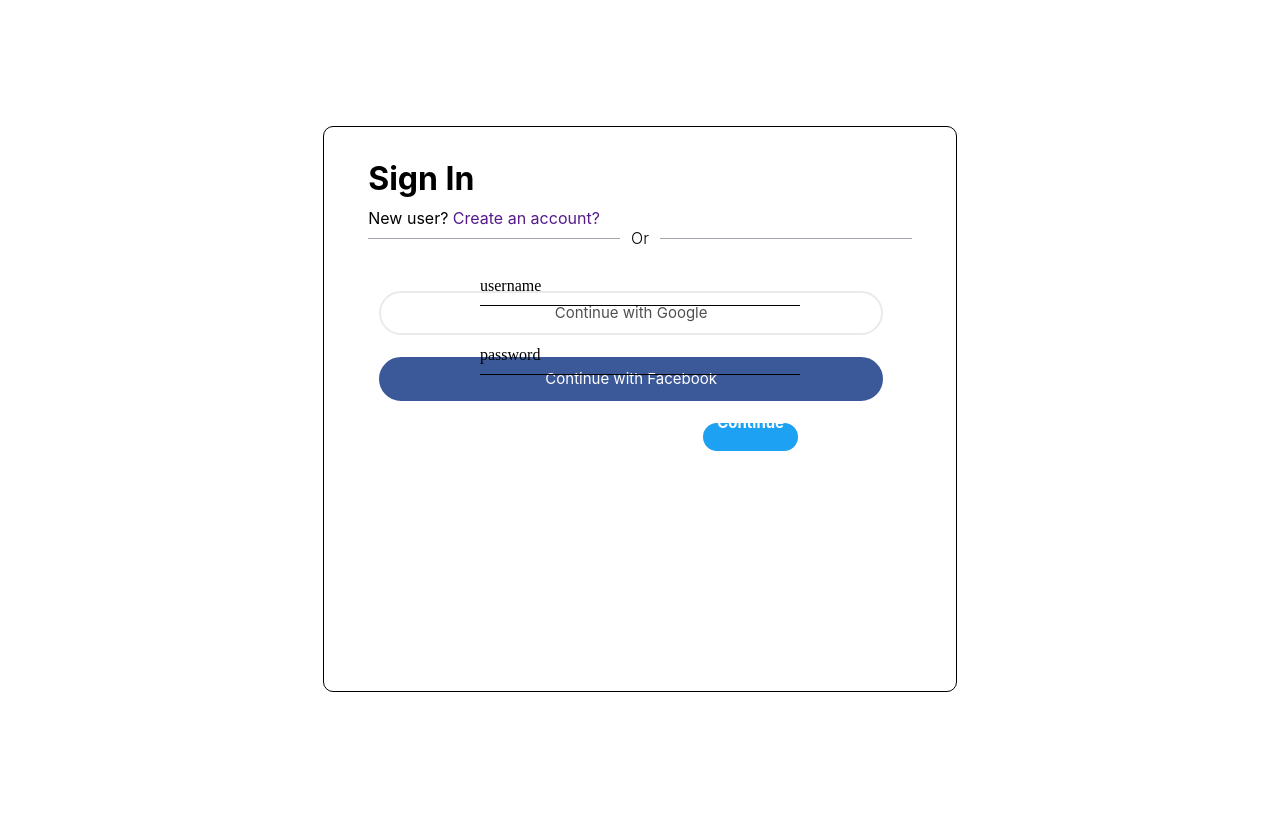
Repository: thangluu93/WereWolf
Page: Template/signIn.html
These files come from the project's save history. The page is drawn as it stood at one moment and after the next save; the edit follows.
The browser window is 1280 px wide. The pictures show the whole page.

Above is the page before, as saved 2020-01-13 17:01:21.

### Template/signIn.html
<html>

<head>

    <link rel="stylesheet" href="../Stylesheet/signInStyle.css">
</head>

<body id="body1">
    <div class="container" id="container1">
        <div class="containerBody" id="containerBody1">
            <div class="border" id="border1">
                <div class="content" id="content1">
                    <div class="contentHeader">
                        <h1 class="Heading">Sign In</h1>
                        <p class="subHead">New user? <a href="">Create an account?</a></p>
                    </div>
                    <div class="fieldLayout">
                        <div class="box" >
                            <form>
                                <div class="inputBox">
                                    <input type="text" name="" required="">
                                    <label>username</label>
                                </div>
                                <div class="inputBox">
                                    <input type="password" name="" required="">
                                    <label>password</label>
                                </div>
                            </form>
                        <div class="emailContinue">
                            <button class="emailContinueBtn ">
                                <span>Continue</span>
                            </button>
                        </div>
                    </div>
                    <div class="contentFooter">
                        <strong class="line">Or</strong>
                        <div class="socialSignIn" id="socialSignIn1">
                            <a href="" class="googleSignIn">
                                <!-- <svg viewBox="0 0 1152 1152" focusable="false" aria-hidden="true" role="img"
                                class="googleIconSvg">
                                <path
                                    d="M1055.994 594.42a559.973 559.973 0 0 0-8.86-99.684h-458.99V683.25h262.28c-11.298 60.918-45.633 112.532-97.248 147.089v122.279h157.501c92.152-84.842 145.317-209.78 145.317-358.198z"
                                    fill="#4285f4"></path>
                                <path
                                    d="M588.144 1070.688c131.583 0 241.9-43.64 322.533-118.07l-157.5-122.28c-43.64 29.241-99.463 46.52-165.033 46.52-126.931 0-234.368-85.728-272.691-200.919H152.636v126.267c80.19 159.273 245 268.482 435.508 268.482z"
                                    fill="#34a853"></path>
                                <path
                                    d="M315.453 675.94a288.113 288.113 0 0 1 0-185.191V364.482H152.636a487.96 487.96 0 0 0 0 437.724z"
                                    fill="#fbbc05"></path>
                                <path
                                    d="M588.144 289.83c71.551 0 135.792 24.589 186.298 72.88l139.78-139.779C829.821 144.291 719.504 96 588.143 96c-190.507 0-355.318 109.21-435.508 268.482L315.453 490.75c38.323-115.19 145.76-200.919 272.691-200.919z"
                                    fill="#ea4335"></path>
                            </svg> -->
                                <span>Continue with Google</span>
                            </a>
                            <a href="" class="facebookSignIn">
                                <!-- <svg viewBox="0 0 1152 1152" class="facebookIconSvg" aria-hidden="true" data-prefix="fab" data-icon="facebook-f"
                                role="img" xmlns="http://www.w3.org/2000/svg" viewBox="0 0 264 512" data-fa-i2svg="">
                                <path fill="currentColor"
                                    d="M76.7 512V283H0v-91h76.7v-71.7C76.7 42.4 124.3 0 193.8 0c33.3 0 61.9 2.5 70.2 3.6V85h-48.2c-37.8 0-45.1 18-45.1 44.3V192H256l-11.7 91h-73.6v229">
                                </path>
                            </svg> -->
                                <span>Continue with Facebook</span>

                            </a>

                        </div>
                    </div>
                </div>

            </div>
        </div>
    </div>
</body>

</html>

### Stylesheet/signInStyle.css
.containerBody{
    margin: 0;
    padding: 0;
    width: 100%;
}

#containerBody1{
  width: 100%;

}

#content1{

    display: flex;
    flex-direction: column;


}

.content{
    height: 90%;
    padding: 5% 7% 7% 7%;
}

.border{
    width: 50%;
    height: 80%;
}

#border1{
    border: 1px solid black;
    border-radius: 10px;   ;

    margin: 10% auto;
    justify-content: center;
    align-items: center;

}

.socialSignIn a{
    margin: 2%;
    width: 92%;
    height: 2.5rem;
    display: flex;
    align-items: center;
    justify-content: center;
    font-size: 15px;
}

.socialSignIn{
    margin-top: 2rem;
}

#socialSignIn1{
    display: flex;
    flex-direction: column;
}

.googleSignIn,.facebookSignIn,.twitterSignIn{
    border: 2px;
    border-style: solid;
    border-radius: 100px;
}

.subHead{
    margin: 10px 0 0 0;
}

.heading{
    margin: 0;
}

p {
    font-family: adobe-clean,"Source Sans Pro",-apple-system,BlinkMacSystemFont,"Segoe UI",Roboto,sans-serif;
}

h1{
    font-family: adobe-clean,"Source Sans Pro",-apple-system,BlinkMacSystemFont,"Segoe UI",Roboto,sans-serif;
    font-size: 32px;
}

span{
    font-family: adobe-clean,"Source Sans Pro",-apple-system,BlinkMacSystemFont,"Segoe UI",Roboto,sans-serif;
}

a{
    text-decoration: none;
}




.emailContinueBtn{
    display: flex;
    box-shadow: none;
    background-color: #1da1f2;
    color: white;
    border: none;
    outline: none;
    border-width: 2px;
    border-style: solid;
    border-radius: 16px;
    height: 32px;
    min-width: 72px;
    padding: 0 14px 0;
    font-size: 15px;
    font-weight: 700;
    line-height: 0;
    justify-content: center;
}

.emailContinue{
    display: flex;
    align-items: flex-end;
    flex-direction: column;
}

.googleSignIn{
    border-color: #eaeaea;
    color: #505050;
}

.facebookSignIn{
    border-color:#3b5998;
    background-color: #3b5998;
    color: white;
}

.twitterSignIn{
    color: white;
    border-color: #1da1f2;
    background-color: #1da1f2;
}

.line {
    display: flex;
    z-index: 1;
    position: relative;
    width: 100%;
    color: black;
    justify-content: center;
    font-weight: 300;
    font-family: adobe-clean,"Source Sans Pro",-apple-system,BlinkMacSystemFont,"Segoe UI",Roboto,sans-serif
}

.line:before {
    width: 40px;
    height: 10px;
    background-color: white;
    margin-top: -5px;
    margin-left: -20px;
    margin-right: 0px;
    margin-bottom: 0px;
    position: absolute;
    left: 50%;
    top: 50%;
    z-index: -1;
    content: '';
}

.line:after {
    border-bottom: 1px solid #a4a5ac;
    display: block;
    position: absolute;
    top: 49%;
    width: 100%;
    z-index: -2;
    content: '';
}



.inputBox{
    position: relative;
}



.inputBox label{
    position: absolute;
    top: 0;
    left: 0;
    padding: 10px 0;
    font-size: 16px;
    color: black;
    pointer-events: none;
    transition: .5s;
}

.box {
    position: absolute;
    top: 50%;
    left: 50%;
    transform: translate(-50%, -50%);
    width: 400px;
    padding: 40px;

    box-sizing: border-box;

    border: none;
}


.box .inputBox {
    position: relative;
}

.box .inputBox input {
    width: 100%;
    padding: 10px 0;
    font-size: 16px;
    color: black;
    margin-bottom: 30px;
    border: none;
    border-bottom: 1px solid black;
    outline: none;
    background: transparent;
}

.box .inputBox label {
    position: absolute;
    top: 0;
    left: 0;
    padding: 10px 0;
    font-size: 16px;
    color: black;
    pointer-events: none;
    transition: .5s;
}

.box .inputBox input:valid ~ label, .box .inputBox input:focus ~ label
 {
    top: -20px;
    left: 0;
    color: red;
    font-size: 12px;
}

After the next save:
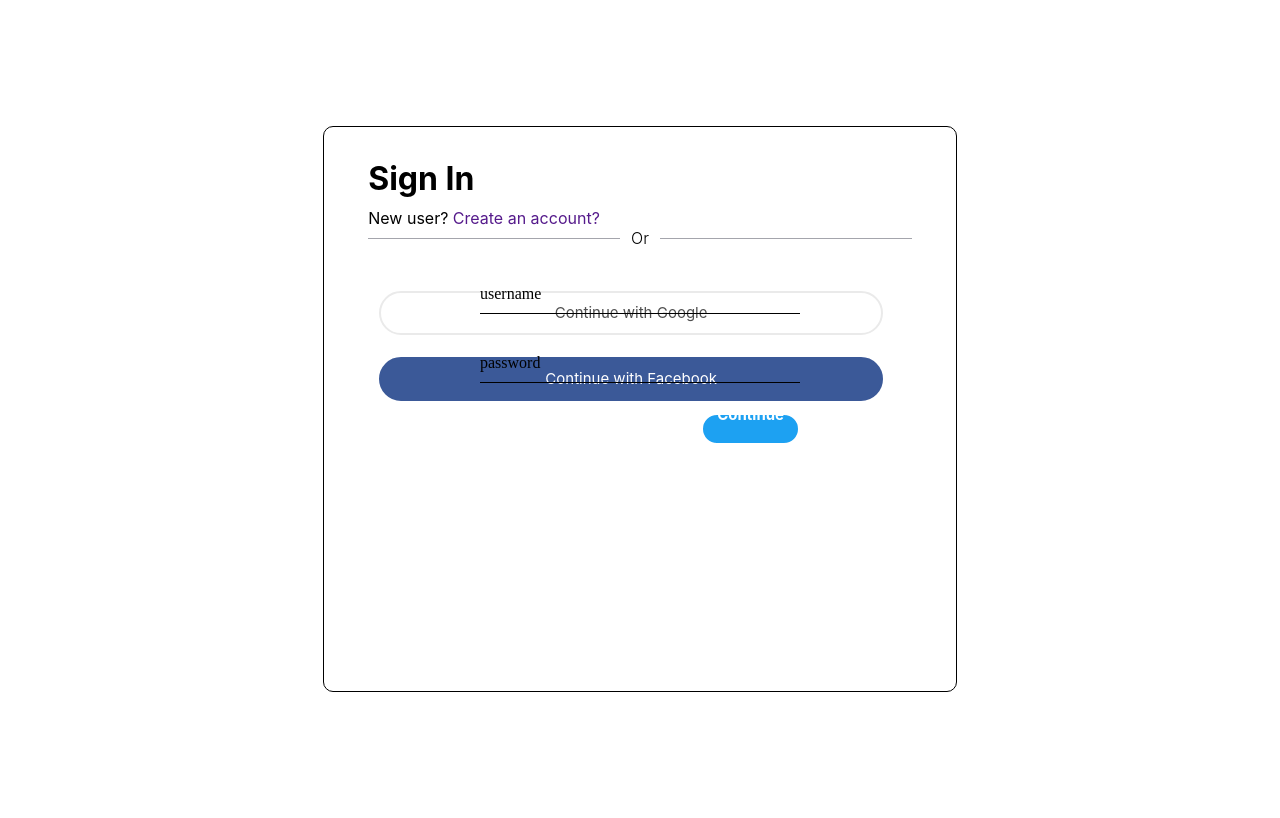
Saved 77 s later.
--- a/Template/signIn.html
+++ b/Template/signIn.html
@@ -16,7 +16,7 @@
                     </div>
                     <div class="fieldLayout">
                         <div class="box" >
-                            <form>
+
                                 <div class="inputBox">
                                     <input type="text" name="" required="">
                                     <label>username</label>
@@ -25,7 +25,7 @@
                                     <input type="password" name="" required="">
                                     <label>password</label>
                                 </div>
-                            </form>
+
                         <div class="emailContinue">
                             <button class="emailContinueBtn ">
                                 <span>Continue</span>
